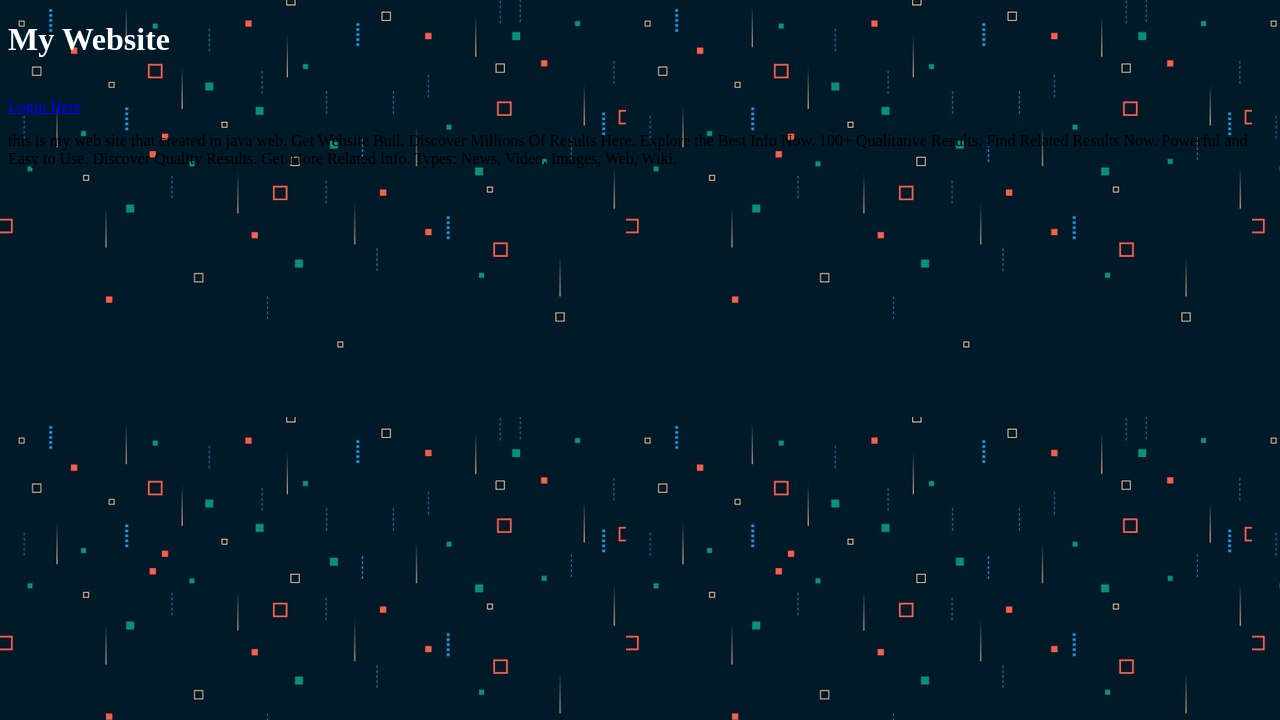
Repository: jyotiprajapati98/Techment_Training_2020
Page: Day 13 (servlets)/Techment_WebProject/WebContent/index.html
The author's editor kept a copy of each file at every save. The page is drawn from the files as they stood at one save, then again after the next save.
The browser window is 1280 px wide. The pictures show the whole page.

Above is the page before, as saved 2020-06-10 06:31:42.

### Day 13 (servlets)/Techment_WebProject/WebContent/index.html
<!DOCTYPE html>
<html>
<head>
<meta charset="ISO-8859-1">
<title>Insert title here</title>
</head>
<body style="background-image:url('body.jpg');">
  <H1 style="color:white;">My Website</H1><br>
  <a href="login.html">Login Here</a>

  <br>
  <p>
  this is my web site that created in java web.
  Get Website Buil. Discover Millions Of
  Results Here. Explore the Best Info Now.
  100+ Qualitative Results.
  Find Related Results Now.
  Powerful and Easy to Use.
  Discover Quality Results.
  Get More Related Info.
  Types: News, Video, Images, Web, Wiki.

  </p>
</body>
</html>

After the next save:
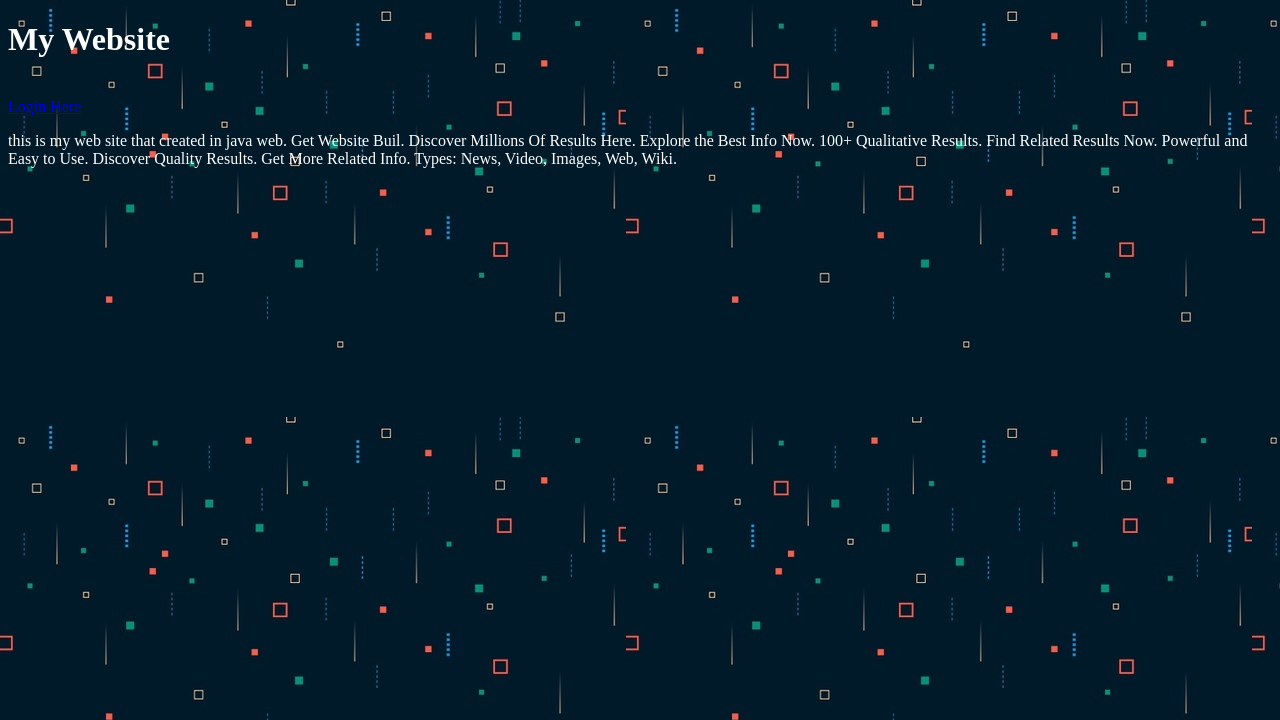
Saved 62 s later.
--- a/Day 13 (servlets)/Techment_WebProject/WebContent/index.html
+++ b/Day 13 (servlets)/Techment_WebProject/WebContent/index.html
@@ -9,7 +9,7 @@
   <a href="login.html">Login Here</a>
 
   <br>
-  <p>
+  <p style="color:white;">
   this is my web site that created in java web.
   Get Website Buil. Discover Millions Of
   Results Here. Explore the Best Info Now.
